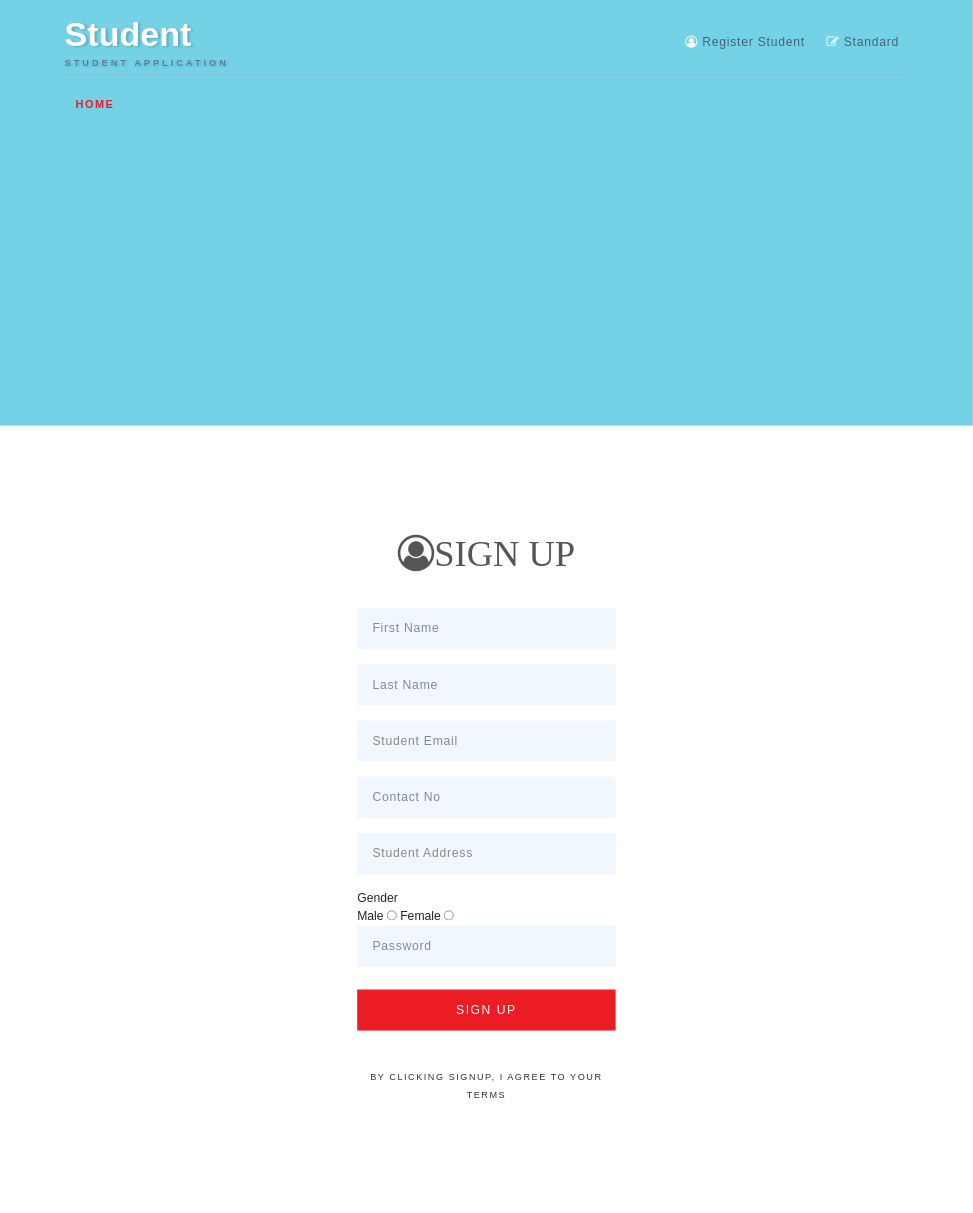
Repository: PallaviMadiya/Java-Framework-
Page: http://localhost/StudentApplication/register.jsp
These files come from the project's save history. The page is drawn as it stood at one moment and after the next save; the edit follows.
The browser window is 1280 px wide. The pictures show the whole page, at 76% of full size.
Some web fonts or font styles are not loaded; a fallback is used. The page is served by Tomcat 9. Other server files are loaded and not shown.

Above is the page before, as saved 2023-10-17 12:39:04.

### StudentApplication/src/main/webapp/register.jsp
<%@ page language="java" contentType="text/html; charset=ISO-8859-1"
    pageEncoding="ISO-8859-1"%>
<!DOCTYPE html>
<html>
<head>
<meta charset="ISO-8859-1">
<title>Insert title here</title>
</head>
<body>
<%@include file="header.jsp" %>
 <!-- //banner-->
    <!--/login -->
    <section class="banner-bottom py-5">
        <div class="container">
            <div class="content-grid">
                <div class="text-center icon">
                    <span class="fa fa-user-circle-o">SIGN UP</span>
                </div>
                 <% String msg = (String)request.getAttribute("msg"); %>
	            <% if(msg!=null){
	            %>
	            	<center><h3><%=msg %></h3></center><br>
	            <% } %>
                <div class="content-bottom">
                    <form action="StudentController" method="post">
                        <div class="field-group">

                            <div class="content-input-field">
                                <input name="fname" id="text1" type="text" value="" placeholder="First Name" required="">
                            </div>
                        </div>
                        <div class="field-group">

                            <div class="content-input-field">
                                <input name="lname" id="text1" type="text" value="" placeholder="Last Name" required="">
                            </div>
                        </div>
                        <div class="field-group">

                            <div class="content-input-field">
                                <input name="email" id="text1" type="email" value="" placeholder="Student Email" required="">
                            </div>
                        </div>
                        <div class="field-group">

                            <div class="content-input-field">
                                <input name="contact" id="text3" type="number" value="" placeholder="Contact No" required="">
                            </div>
                        </div>
                         <div class="field-group">

                            <div class="content-input-field">
                                <input name="address" id="text1" type="text" value="" placeholder="Student Address" required="">
                            </div>
                        </div>
                        <div class="field-group">
							Gender
                            <div class="checkbox-check-radio">
                               Male <input name="gender" id="text3" type="radio" value="male" required="">
                               Female <input name="gender" id="text3" type="radio" value="female" required="">
                            </div>
                        </div>
                        <div class="field-group">
                            <div class="content-input-field">
                                <input name="password" id="myInput" type="Password" placeholder="Password">
                            </div>
                        </div>
                        <div class="content-input-field">
                            <button type="submit" class="btn" name="action" value="signup">Sign Up</button>
                        </div>
                        <div class="list-login-bottom text-center mt-lg-5 mt-4">

                            <a href="#" class="">By clicking Signup, I agree to your terms</a>



                        </div>
                    </form>
                </div>
            </div>
        </div>
    </section>
    <!-- /login -->
</body>
</html>

### StudentApplication/src/main/webapp/header.jsp
<%@ page language="java" contentType="text/html; charset=ISO-8859-1"
    pageEncoding="ISO-8859-1"%>
<!--
Author:W3layouts
Author URL: http://w3layouts.com
License: Creative Commons Attribution 3.0 Unported
License URL: http://creativecommons.org/licenses/by/3.0/
-->

<!DOCTYPE html>
<html lang="zxx">

<head>
    <title>Baggage Ecommerce Category Bootstrap Responsive Web Template | Home :: W3layouts</title>
    <!-- Meta tag Keywords -->
    <meta name="viewport" content="width=device-width, initial-scale=1">
    <meta charset="UTF-8" />
    <meta name="keywords" content="Baggage Responsive web template, Bootstrap Web Templates, Flat Web Templates, Android Compatible web template, Smartphone Compatible web template, free webdesigns for Nokia, Samsung, LG, SonyEricsson, Motorola web design" />
    <script>
        addEventListener("load", function() {
            setTimeout(hideURLbar, 0);
        }, false);

        function hideURLbar() {
            window.scrollTo(0, 1);
        }
    </script>
    <!-- //Meta tag Keywords -->
    <!-- Custom-Files -->
    <link rel="stylesheet" href="css/bootstrap.css">
    <!-- Bootstrap-Core-CSS -->
    <link rel="stylesheet" href="css/style.css" type="text/css" media="all" />
    <!-- Style-CSS -->
    <!-- font-awesome-icons -->
    <link href="css/font-awesome.css" rel="stylesheet">
    <!-- //font-awesome-icons -->
    <!-- /Fonts -->
    <link href="//fonts.googleapis.com/css?family=Hind:300,400,500,600,700" rel="stylesheet">
    <!-- //Fonts -->

</head>

<body>
    <div class="main-sec">
        <!-- //header -->
        <header class="py-sm-3 pt-3 pb-2" id="home">
            <div class="container">
                <!-- nav -->
                <div class="top-w3pvt d-flex">
                    <div id="logo">
                        <h1> <a href="index.jsp"><span class="log-w3pvt">Student</a> <label class="sub-des">Student Application</label></h1>
                    </div>

                    <div class="forms ml-auto">
                        <a href="register.jsp" class="btn"><span class="fa fa-user-circle-o"></span> Register Student</a>
                        <a href="stadard.jsp" class="btn"><span class="fa fa-pencil-square-o"></span> Standard</a>
                    </div>
                </div>
                <div class="nav-top-wthree">
                    <nav>
                        <label for="drop" class="toggle"><span class="fa fa-bars"></span></label>
                        <input type="checkbox" id="drop" />
                        <ul class="menu">
                            <li class="active"><a href="index.jsp">Home</a></li>

                        </ul>
                    </nav>
                    <!-- //nav -->
                    <div class="clearfix"></div>
                </div>
            </div>
        </header>
        <!-- //header -->

       </div>
  </body>
  </html>

Loaded but not shown: StudentApplication/src/main/webapp/css/bootstrap.css (library); StudentApplication/src/main/webapp/css/font-awesome.css (library); StudentApplication/src/main/webapp/css/style.css (1690 lines, source omitted)

After the next save:
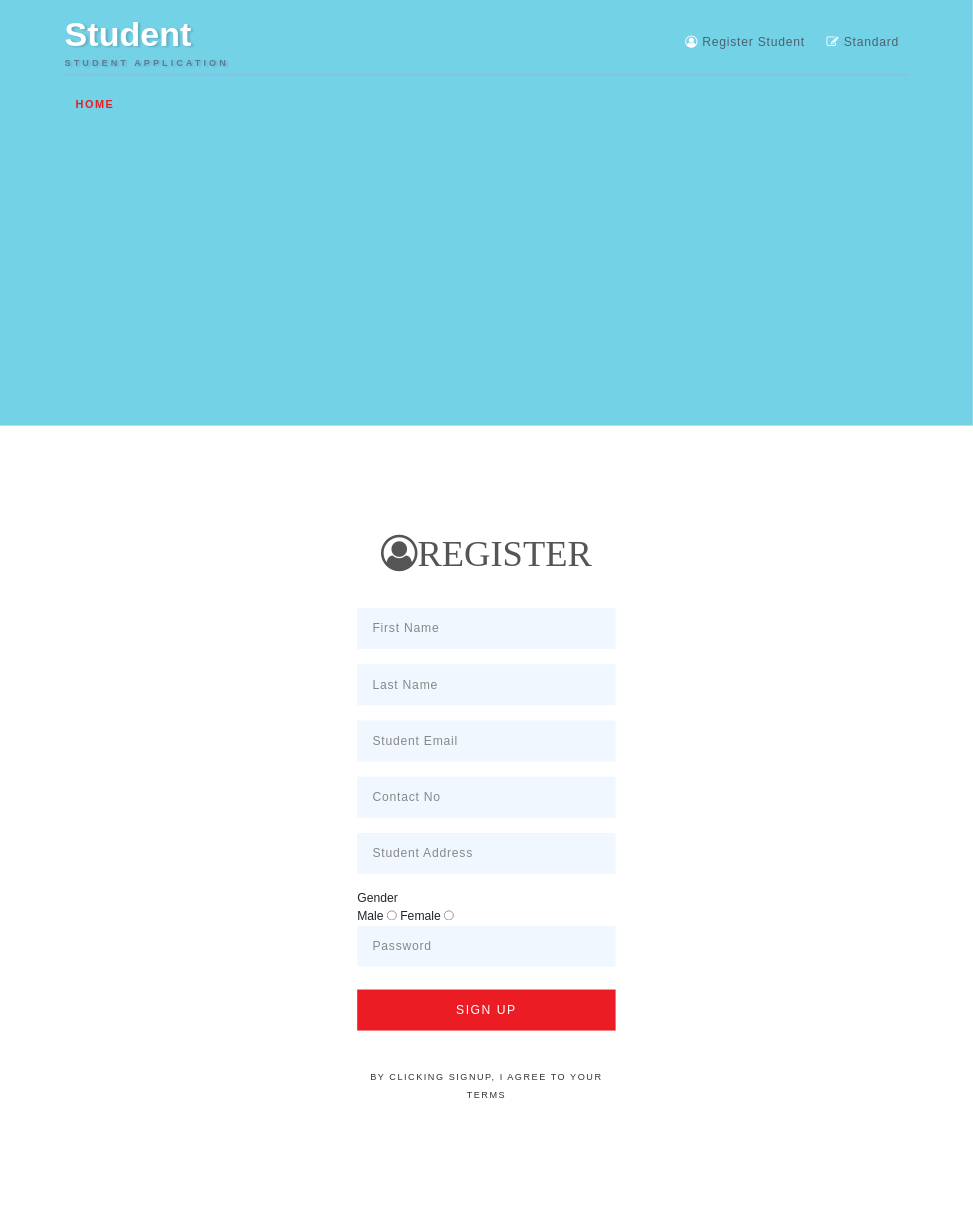
Saved 56 s later.
--- a/StudentApplication/src/main/webapp/register.jsp
+++ b/StudentApplication/src/main/webapp/register.jsp
@@ -14,13 +14,8 @@
         <div class="container">
             <div class="content-grid">
                 <div class="text-center icon">
-                    <span class="fa fa-user-circle-o">SIGN UP</span>
+                    <span class="fa fa-user-circle-o">REGISTER</span>
                 </div>
-                 <% String msg = (String)request.getAttribute("msg"); %>
-	            <% if(msg!=null){
-	            %>
-	            	<center><h3><%=msg %></h3></center><br>
-	            <% } %>
                 <div class="content-bottom">
                     <form action="StudentController" method="post">
                         <div class="field-group">
